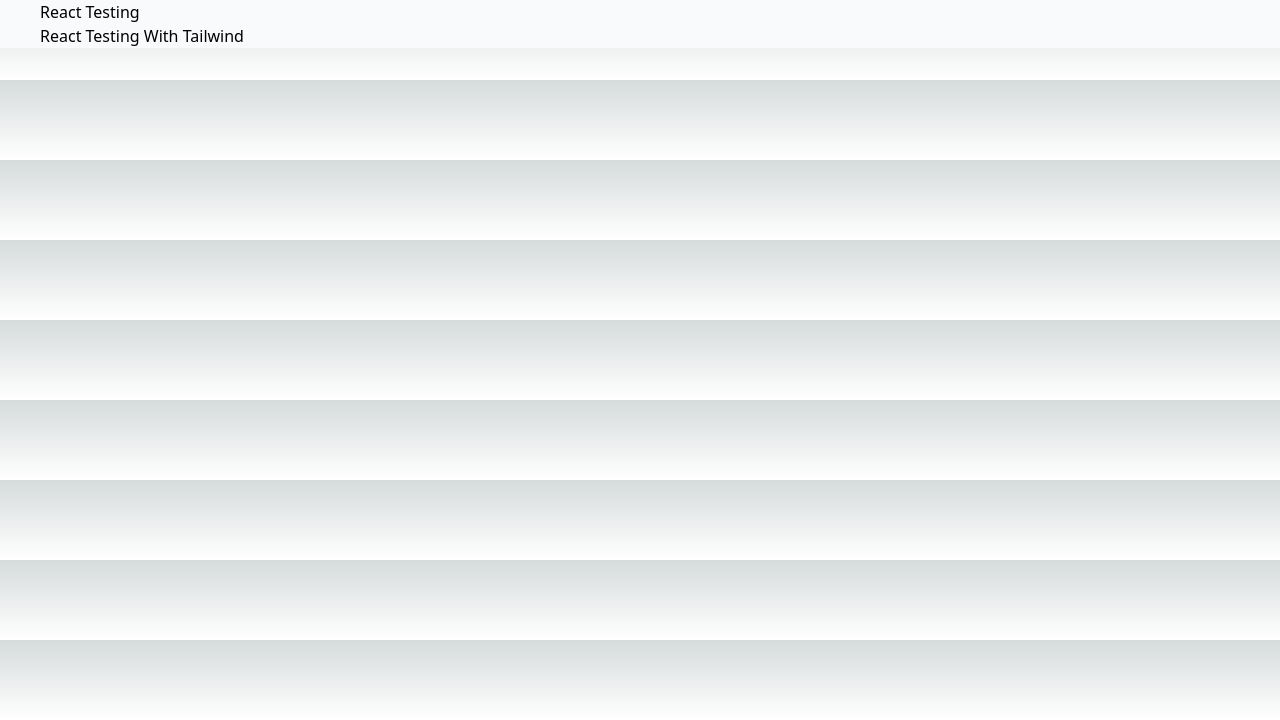
Repository: AlgoHussle/algo-blog
Page: /
These files come from the project's save history. The page is drawn as it stood at one moment and after a run of saves; the edit follows.
The browser window is 1280 px wide. The pictures show the whole page.
The project was rebuilt for these pictures with package versions that can differ from the ones it lists, and the page was loaded fresh each time. The framework's server and built-in components were replaced by stand-ins that run in the browser. Also part of the build but not shown: next.config.js.

Above is the page before, as saved 2023-05-03 21:34:23.

### pages/index.js

import Head from 'next/head'

const posts = [
  { title: 'React Testing', excerpt: 'Learn React Testing'},
  { title: 'React Testing With Tailwind', excerpt: 'learn React Testing With Tailwind'},
];

export default function Home() {
  return (
    <div className='container mx-auto px-10 mb-8 bg-gray-50'>
      <Head>
        <title>CMS Blog</title>
        <link rel="icon" href="/favicon.ico" />
      </Head>
      <div className='grid grid-cols-1 lg:grid-cols-12 gap-12'>
        <div className='lg:col-span-8 col-span-1'>
        {posts.map((post, index) => (
          <div>
            {post.title}
            {posts.excerpt}
          </div>
        ))}
        </div>
      <div className='lg:col-span-4 col-span-1'>

      </div>
      </div>

      </div>
  )
}

Loaded but not shown: pages/_app.js (common file); pages/_document.js (common file); styles/globals.css (common file); tailwind.config.js (common file)

After the next 9 saves:
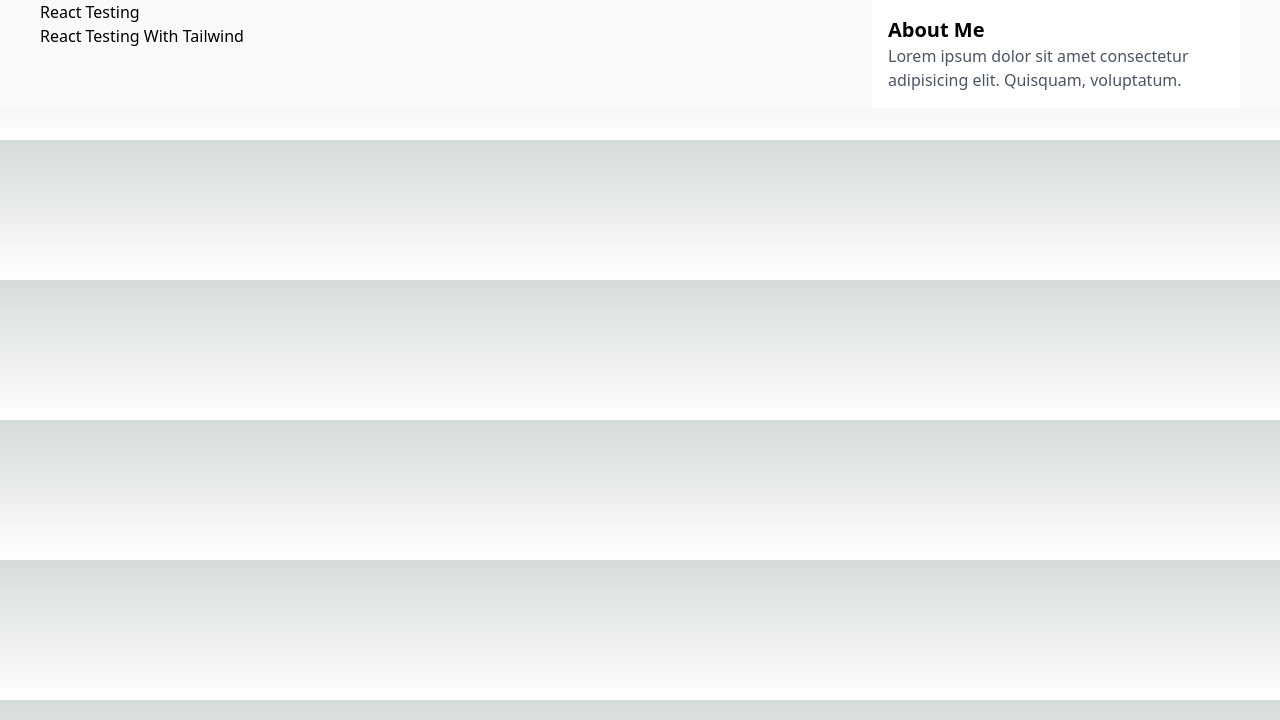
The 9 saves are shown as one change because 1 did not build or start and some came seconds apart.
The last was saved 44 s later.
--- a/pages/index.js
+++ b/pages/index.js
@@ -23,7 +23,10 @@
         ))}
         </div>
       <div className='lg:col-span-4 col-span-1'>
-
+        <div className='bg-white p-4'>
+          <h3 className='text-xl font-bold'>About Me</h3>
+          <p className='text-gray-600'>Lorem ipsum dolor sit amet consectetur adipisicing elit. Quisquam, voluptatum.</p>
+          </div>
       </div>
       </div>
 

After the 2 saves that followed:
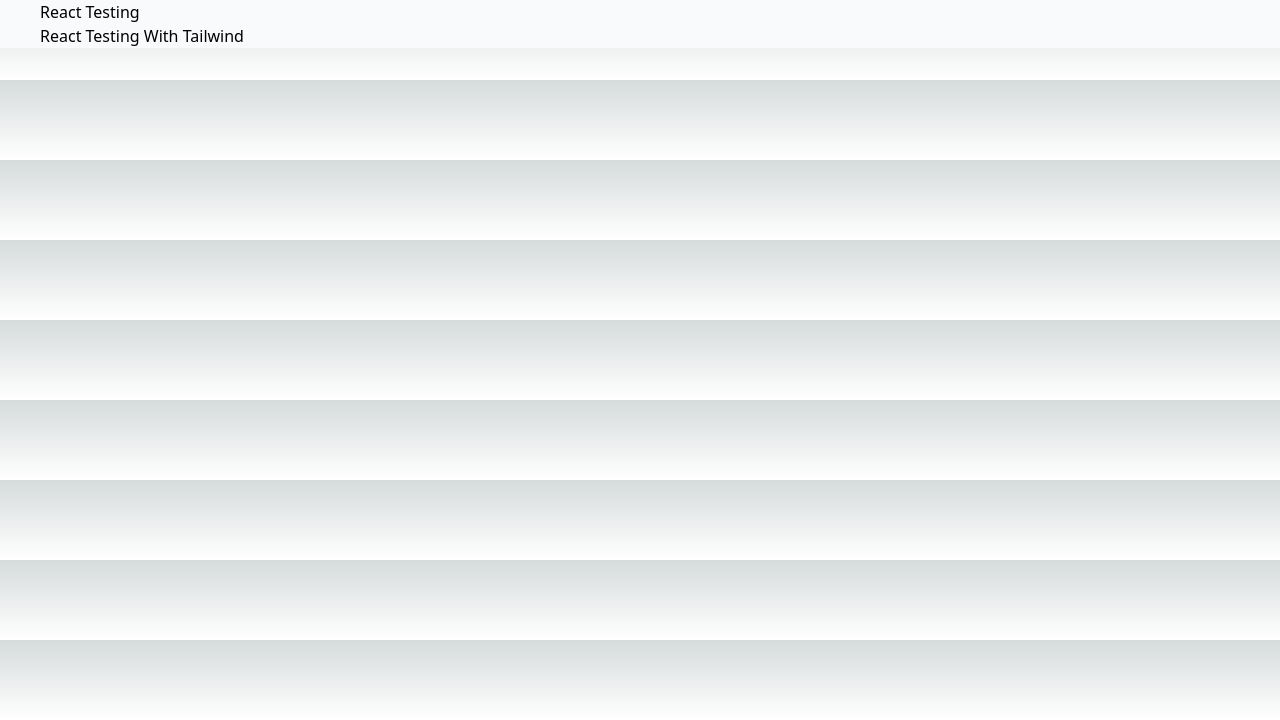
The 2 saves are shown as one change because they came seconds apart.
The last was saved 24 s later.
--- a/pages/index.js
+++ b/pages/index.js
@@ -23,10 +23,7 @@
         ))}
         </div>
       <div className='lg:col-span-4 col-span-1'>
-        <div className='bg-white p-4'>
-          <h3 className='text-xl font-bold'>About Me</h3>
-          <p className='text-gray-600'>Lorem ipsum dolor sit amet consectetur adipisicing elit. Quisquam, voluptatum.</p>
-          </div>
+
       </div>
       </div>
 
